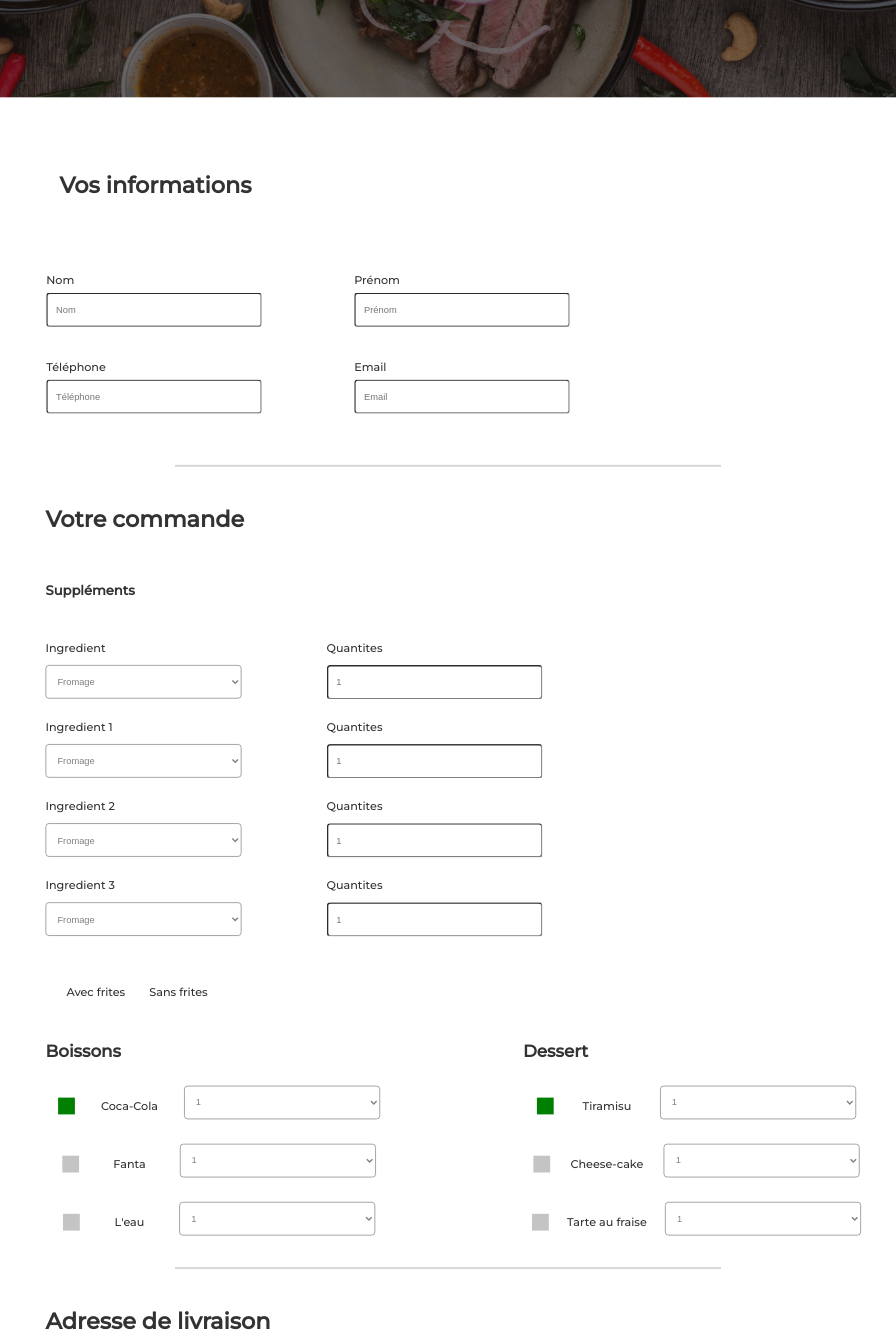
Repository: Ahlam-belhadj/bella-olange
Page: index2.html
The author's editor kept a copy of each file at every save. The page is drawn from the files as they stood at one save, then again after the next save.
The browser window is 1280 px wide. The pictures show the part of the page from y = 560 to 2480 px (the page is 3199 px tall), at 70% of full size.

Above is the page before, as saved 2023-02-14 14:51:56.

After the next save:
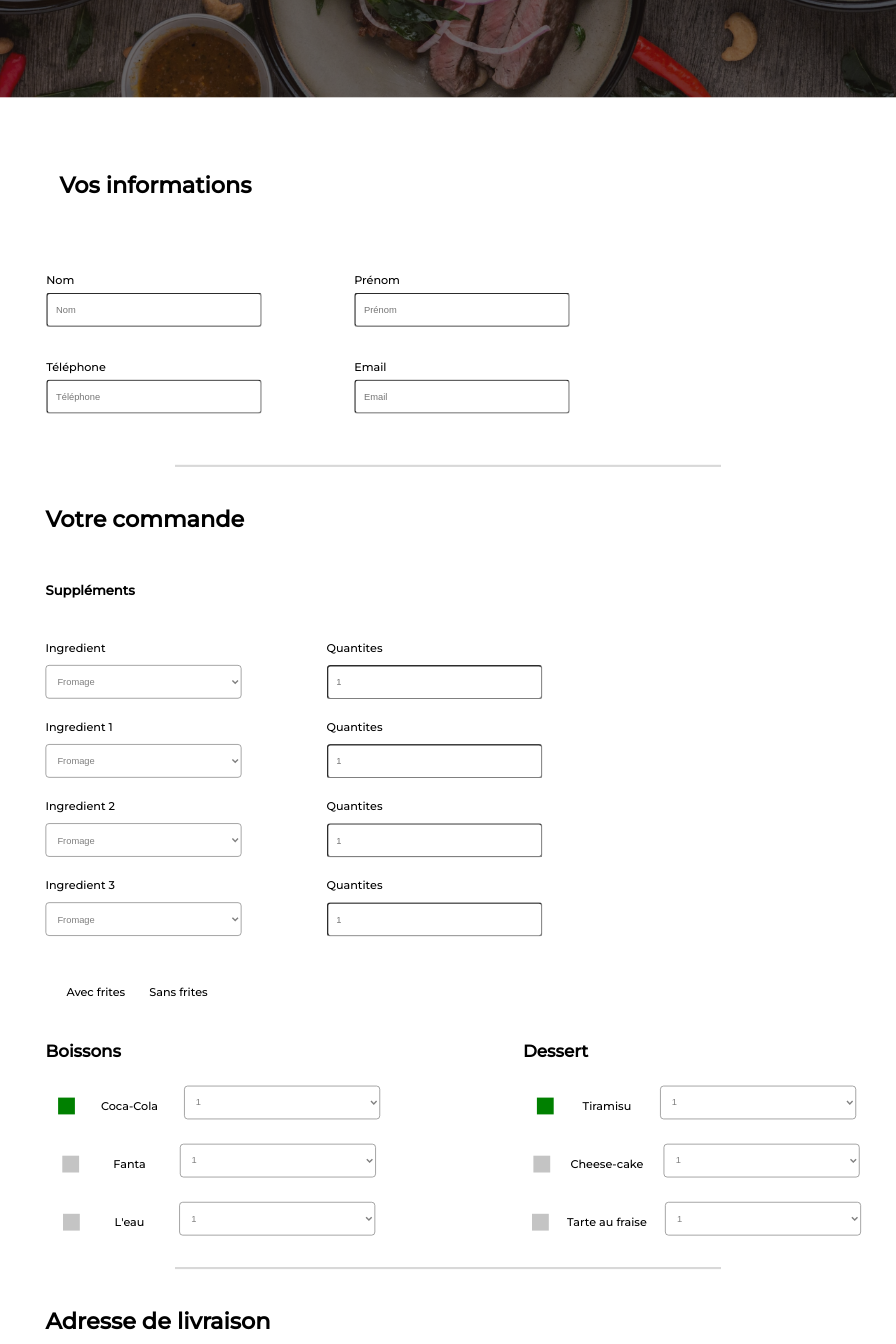
Saved 25 s later.
--- a/style2.css
+++ b/style2.css
@@ -165,10 +165,6 @@ nav {
     margin-bottom: 10px;
 }
 
-
-main {
-    color: #333333;
-}
 
 .label1 input {
     width: 280px;
